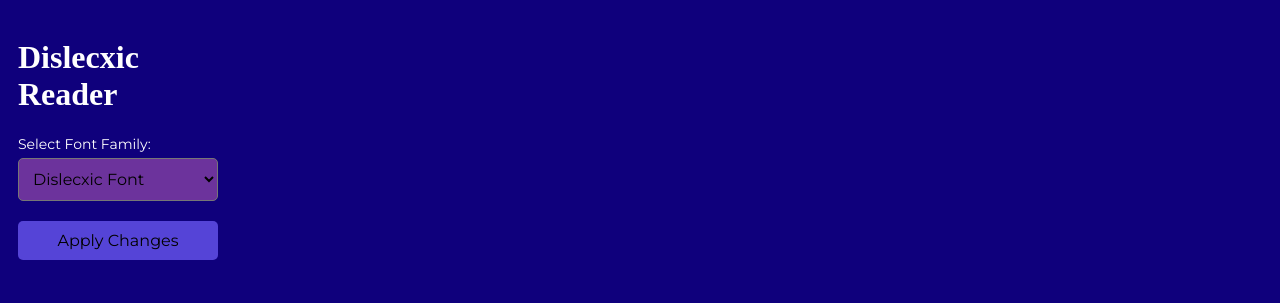
Repository: adatechschool/extension-navigateur-extension_walid_eliana_imelda
Page: Extention 3/popup.html
An editor plug-in stored every save of this project. The page is shown before and after the next save, followed by the edit.
The browser window is 1280 px wide. The pictures show the whole page.

Above is the page before, as saved 2024-01-12 16:08:17.

### Extention 3/popup.html
<!-- popup.html -->
<!DOCTYPE html>
<html>
<head>
  <link rel="stylesheet" type="text/css" href="popup.css">
  <script type="module" src="popup.js"></script>

  <link rel="preconnect" href="https://fonts.googleapis.com">
<link rel="preconnect" href="https://fonts.gstatic.com" crossorigin>
<link href="https://fonts.googleapis.com/css2?family=Montserrat:wght@400;700&display=swap" rel="stylesheet">

</head>
<body>
    <h1> Dislecxic Reader </h1>
  <label for="font-family">Select Font Family:</label>

  <select id="font-family">

    <option value="Montserrat">Dislecxic Font</option>

    <option value="Arial"> Lettres en Gras</option>

    <option value="Courier New"> Le deux</option>
    <!-- Add more font options as needed -->
  </select>

  <button id="apply-button">Apply Changes</button>
</body>
</html>

### Extention 3/popup.css
body {
    width: 200px;
    padding: 10px;
    background-color: #0f007c;
    border-radius: 5px;

  }

  label {
    font-family: Montserrat;
    display: block;
    margin-bottom: 5px;
    font-size: 14px;
   color : white;
  }

  select, button {
    width: 100%;
    margin-bottom: 20px;
    padding: 10px;
    font-size: 16px;
    background-color:#6c339c;
    border-radius: 5px;
    font-family: Montserrat;
  }

  button {
    background-color: #5544d7;
    border: 5px;
    cursor: pointer;
  }

  button:hover {
    background-color: #357ae8;
  }
  h1 {
    color:white;
  }

### Extention 3/popup.js
document.addEventListener('DOMContentLoaded', function() {
    var applyButton = document.getElementById('apply-button');
    var fontFamilySelect = document.getElementById('font-family');

    applyButton.addEventListener('click', function() {
      var selectedFontFamily = fontFamilySelect.value;
      chrome.tabs.query({ active: true, currentWindow: true }, function(tabs) {
        chrome.tabs.sendMessage(tabs[0].id, { action: 'applyChanges', selectedFontFamily: selectedFontFamily });
      });
    });
  });

After the next save:
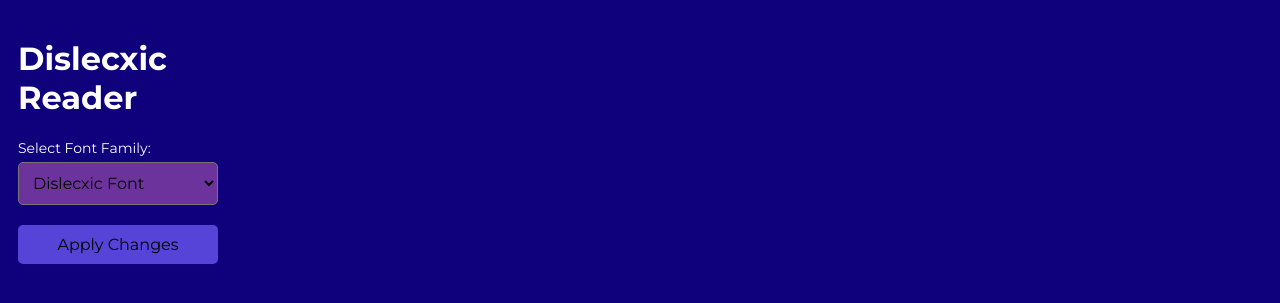
Saved 38 s later.
--- a/Extention 3/popup.css
+++ b/Extention 3/popup.css
@@ -35,4 +35,5 @@ body {
   }
   h1 {
     color:white;
+    font-family: Montserrat;
   }
